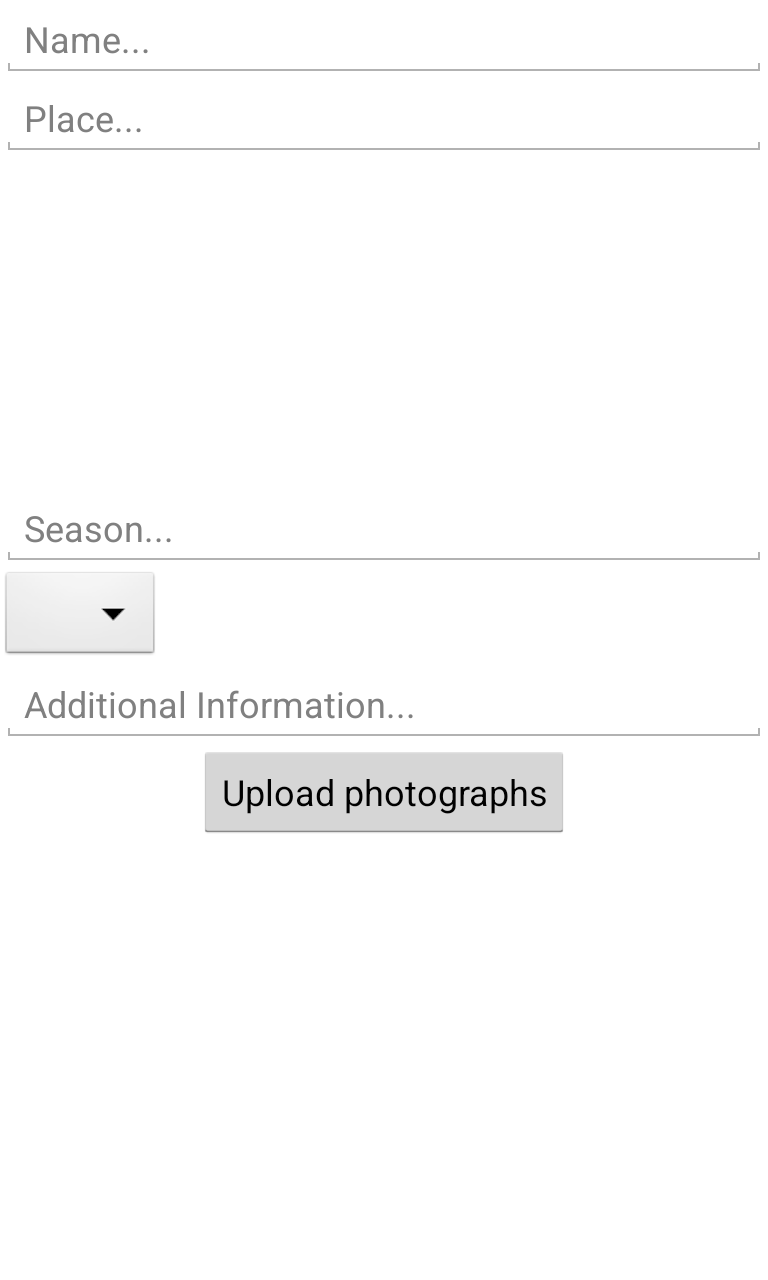
Repository: sandeshshetty/TravelZeus
Layout: TravelZeus/res/layout/fragment_insert_info.xml
An editor plug-in stored every save of this project. The layout is shown before and after the next save, followed by the edit.
It is drawn on a 768 x 1280 px phone screen (xhdpi) without system bars, with theme AppTheme; the app's code is not run.

Above is the layout before, as saved 2015-05-17 02:58:21.

After the next save:
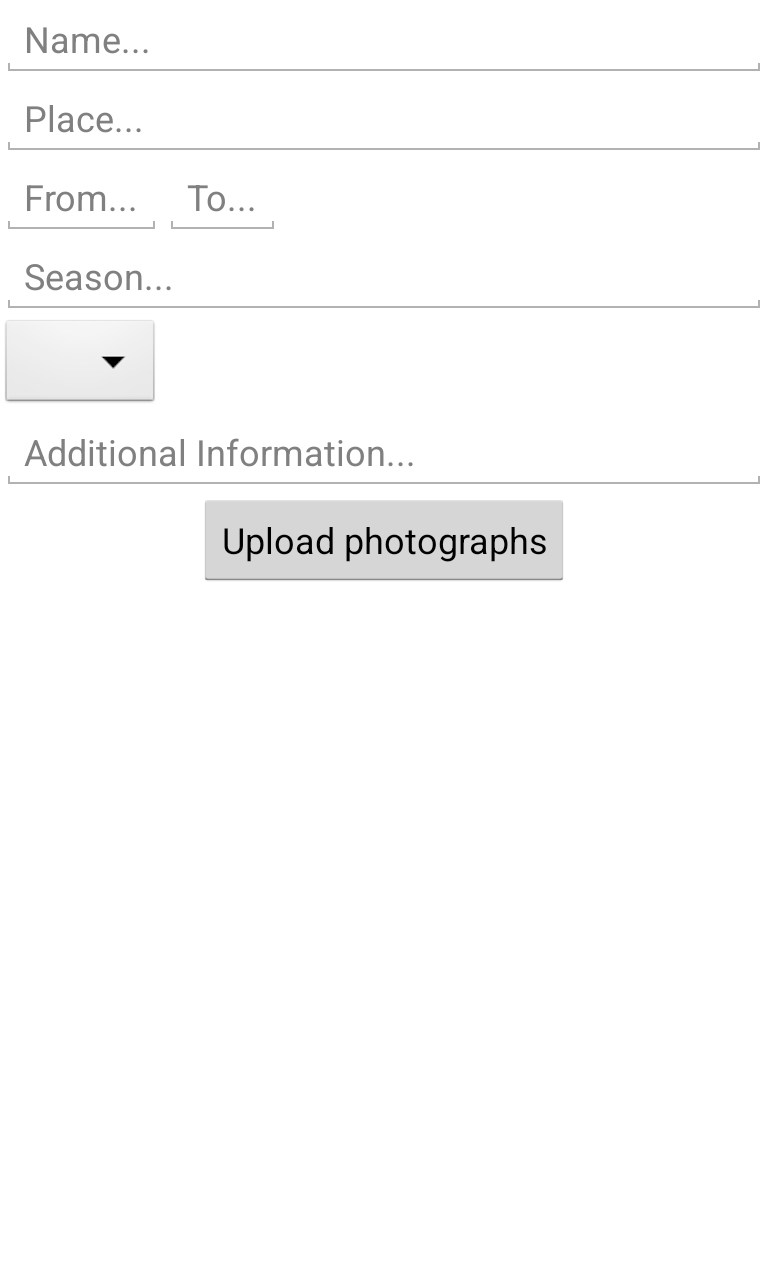
Saved 23 s later.
--- a/TravelZeus/res/layout/fragment_insert_info.xml
+++ b/TravelZeus/res/layout/fragment_insert_info.xml
@@ -27,6 +27,7 @@
          <EditText
         android:id="@+id/userInputFromPlace"
         android:layout_height="wrap_content"
+        android:layout_width="wrap_content"
 		android:layout_gravity="left"
     	android:hint="From..."
     	 />
@@ -36,6 +37,7 @@
           <EditText
         android:id="@+id/userInputToPlace"
         android:layout_height="wrap_content"
+        android:layout_width="wrap_content"
 		android:layout_gravity="right"
     	android:hint="To..."
     	 />
